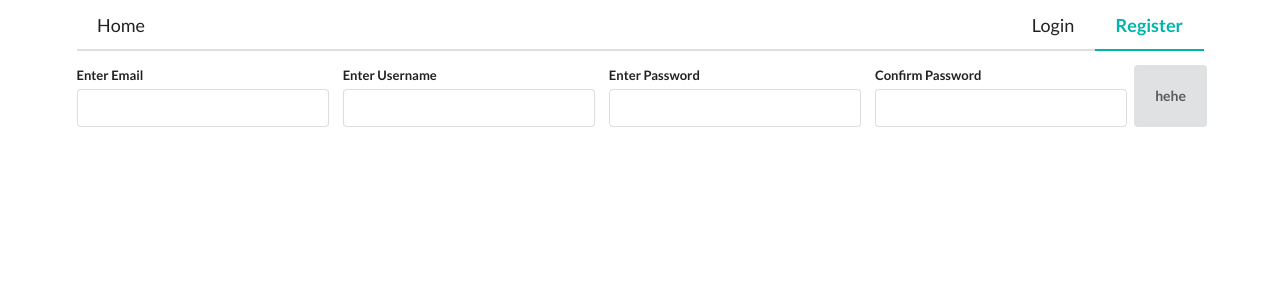
Repository: m-ahmadshaikh/SociaSpark
Page: /register (app in client/)
An editor plug-in stored every save of this project. The page is shown before and after the next save, followed by the edit.
The browser window is 1280 px wide. The pictures show the whole page.
The project was rebuilt for these pictures with package versions that can differ from the ones it lists, and the page was loaded fresh each time. Also part of the build but not shown: client/vite.config.js, client/src/App.css, client/src/components/PostCard.jsx, client/src/pages/Home.jsx, client/src/pages/Login.jsx.

Above is the page before, as saved 2022-10-23 15:01:22.

### client/index.html
<!DOCTYPE html>
<html lang="en">
  <head>
    <meta charset="UTF-8" />
    <link rel="icon" type="image/svg+xml" href="/vite.svg" />
    <meta name="viewport" content="width=device-width, initial-scale=1.0" />
    <title>Hi World!</title>
  </head>
  <body>
    <div id="root"></div>
    <script type="module" src="/src/main.js"></script>
  </body>
</html>

### client/src/main.js
import ReactDOM from 'react-dom/client';
import ApolloProvider from './ApolloProvider';

import 'semantic-ui-css/semantic.min.css';

ReactDOM.createRoot(document.getElementById('root')).render(ApolloProvider);

### client/src/ApolloProvider.jsx
import { ApolloClient, ApolloProvider, InMemoryCache } from '@apollo/client';
import App from './App';

const client = new ApolloClient({
  uri: 'http://localhost:4000/',
  cache: new InMemoryCache(),
});

export default (
  <ApolloProvider client={client}>
    <App />
  </ApolloProvider>
);

### client/src/App.jsx
import './App.css';
import { BrowserRouter as Router, Route, Routes } from 'react-router-dom';
import Home from './pages/Home';
import Login from './pages/Login';
import Register from './pages/Register';
import { Container } from 'semantic-ui-react';
import Layout from './layouts/Layout';
function App() {
  return (
    <Router>
      <Routes>
        <Route element={<Layout />}>
          <Route path="/" element={<Home />} />
          <Route path="/login" element={<Login />} />
          <Route path="/register" element={<Register />} />
        </Route>
      </Routes>
    </Router>
  );
}

export default App;

### client/src/pages/Register.jsx
import React, { useState } from 'react';
import { Button, Form } from 'semantic-ui-react';

export default function Register() {
  const [values, setValues] = useState({
    email: '',
    password: '',
    confirmPassword: '',
    username: '',
  });

  const changeHandler = (e) => {
    const { name, value } = e.target;
    setValues((prev) => ({ ...prev, [name]: value }));
  };
  const submitHandler = (e) => {
    e.preventDefault();
    console.log(value);
  };
  return (
    <Form onSubmit={submitHandler}>
      <Form.Group widths="equal">
        <Form.Input
          label="Enter Email"
          type="email"
          name="email"
          onChange={changeHandler}
          value={values.email}
        />
        <Form.Input
          onChange={changeHandler}
          name="username"
          label="Enter Username"
          value={values.username}
        />
        <Form.Input
          onChange={changeHandler}
          label="Enter Password"
          name="password"
          type="password"
          value={values.password}
        />
        <Form.Input
          label="Confirm Password"
          type="password"
          name="confirmPassword"
          onChange={changeHandler}
          value={values.confirmPassword}
        />
        <Button type="submit"> hehe</Button>
      </Form.Group>
    </Form>
  );
}

### client/src/layouts/Layout.jsx
import React from 'react';
import { Outlet } from 'react-router-dom';
import { Container } from 'semantic-ui-react';
import MenuBar from '../components/MenuBar';

export default function Layout() {
  return (
    <div>
      <Container>
        <MenuBar />
        <Outlet />
      </Container>
    </div>
  );
}

### client/src/components/MenuBar.jsx
import React, { Component, useState } from 'react';
import { NavLink } from 'react-router-dom';
import { Menu, Segment } from 'semantic-ui-react';

export default function MenuBar() {
  const [activeItem, setActiveItem] = useState();

  const handleItemClick = (e, { name }) => setActiveItem(name);

  return (
    <Menu pointing secondary size="massive" color="teal">
      <Menu.Item
        name="home"
        active={activeItem === 'home'}
        onClick={handleItemClick}
        to="/"
        end
        as={NavLink}
      />

      <Menu.Menu position="right">
        <Menu.Item
          name="login"
          active={activeItem === 'login'}
          onClick={handleItemClick}
          to="/login"
          as={NavLink}
        />
        <Menu.Item
          name="register"
          active={activeItem === 'register'}
          onClick={handleItemClick}
          to="/register"
          as={NavLink}
        />
      </Menu.Menu>
    </Menu>
  );
}

After the next save:
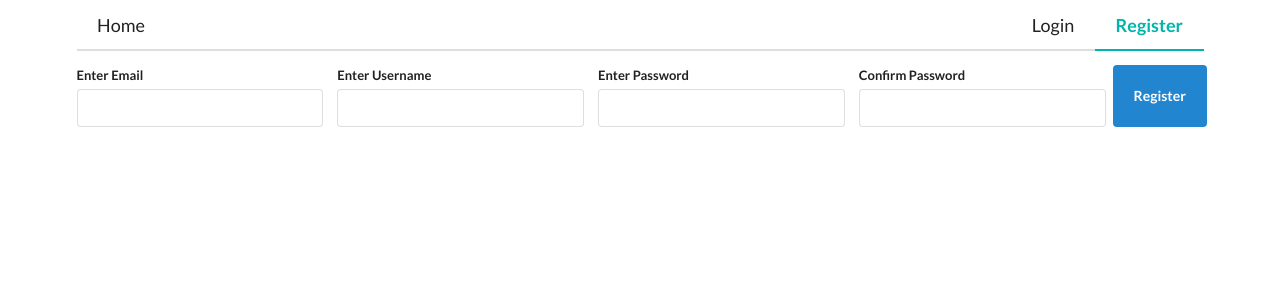
Saved 10 s later.
--- a/client/src/pages/Register.jsx
+++ b/client/src/pages/Register.jsx
@@ -47,7 +47,10 @@
           onChange={changeHandler}
           value={values.confirmPassword}
         />
-        <Button type="submit"> hehe</Button>
+        <Button primary type="submit">
+          {' '}
+          Register
+        </Button>
       </Form.Group>
     </Form>
   );
